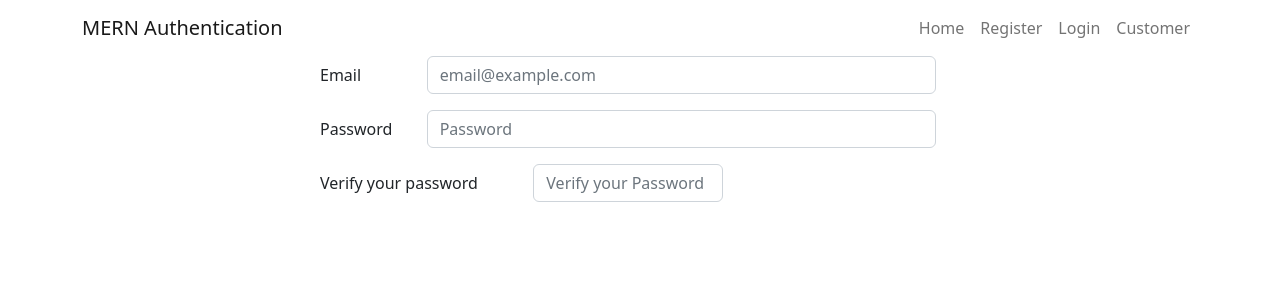
Repository: RubaHusam/MERN-Auth
Page: /register (app in frontend/)
These files come from the project's save history. The page is drawn as it stood at one moment and after the next save; the edit follows.
The browser window is 1280 px wide. The pictures show the whole page.
The project was rebuilt for these pictures with package versions that can differ from the ones it lists, and the page was loaded fresh each time.

Above is the page before, as saved 2023-01-27 19:00:53.

After the next save:
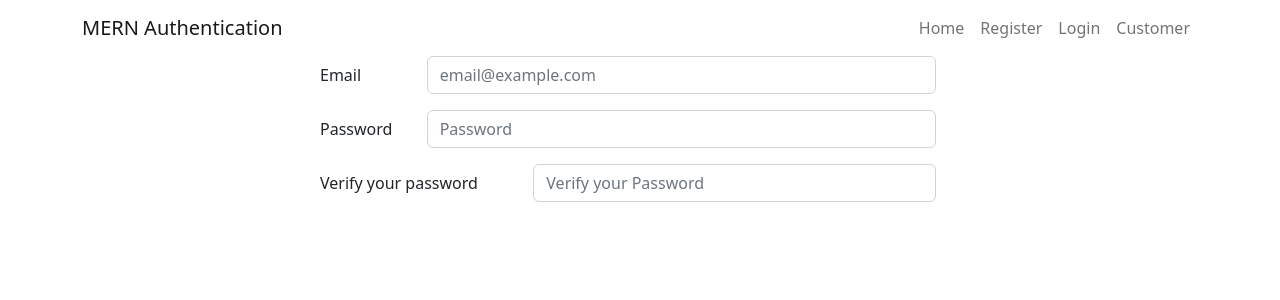
Saved 11 s later.
--- a/frontend/src/components/Auth/Register.js
+++ b/frontend/src/components/Auth/Register.js
@@ -30,7 +30,7 @@ export default function Register() {
           <Form.Label column lg='4' sm='2'>
             Verify your password
           </Form.Label>
-          <Col lg='4' sm='10'>
+          <Col lg='8' sm='10'>
             <Form.Control type='password' placeholder='Verify your Password' />
           </Col>
         </Form.Group>
